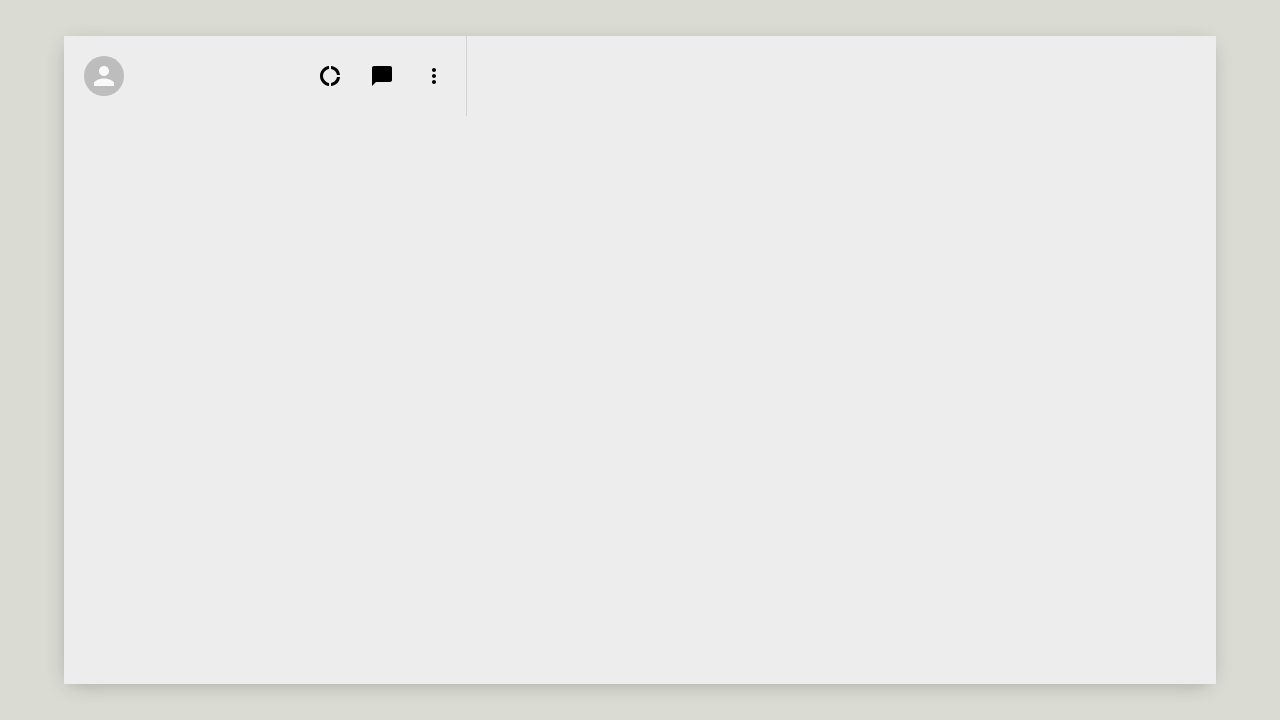
Repository: Prafullkuma/whatsappclon
Page: /
These files come from the project's save history. The page is drawn as it stood at one moment and after the next save; the edit follows.
The browser window is 1280 px wide. The pictures show the whole page.
The project was rebuilt for these pictures with package versions that can differ from the ones it lists, and the page was loaded fresh each time.

Above is the page before, as saved 2020-08-19 11:51:19.

### src/App.js
import React from 'react';
import './App.css';
import Sidebar from './Component/Sidebar'
function App() {
  return (
    <div className="app">
      <div className="app__body">
        <Sidebar />
      </div>
    </div>
  );
}

export default App;

### src/App.css
.app{
  background-color: #dadbd3;
  height: 100vh;
  display: grid;
  place-items: center;
}
.app__body{
  display: flex;
  height: 90vh;
  width: 90vw;
  background-color: #ededed;
  box-shadow: -1px 4px 20px -6px rgba(0, 0, 0, 0.3);
}

### src/Component/Sidebar.js
import React from 'react'
import { Avatar } from '@material-ui/core';
import DonutLargeIcon from '@material-ui/icons/DonutLarge';
import ChatBubbleIcon from '@material-ui/icons/ChatBubble';
import MoreVertIcon from '@material-ui/icons/MoreVert';
import './Sidebar.css'
function Slidebar() {
    return (
        <div className="sidebar">
            <div className="sidebar_header">
                <Avatar />
                <div className="sidebar_header_right">
                    <DonutLargeIcon />
                    <ChatBubbleIcon />
                    <MoreVertIcon />
                </div>
            </div>
            <div className="sidebar_search">

            </div>
            <div className="sidebar_chat">

            </div>
        </div >
    )
}

export default Slidebar

### src/Component/Sidebar.css
.sidebar{
    flex: 0.35;
}
.sidebar_header{
    display: flex;
    justify-content: space-between;
    padding: 20px;
    border-right: 1px solid lightgray;
}
.sidebar_header_right{
    display: flex;
    align-items: center;
    justify-content: space-between;
    min-width: 10vw;
}

Loaded but not shown: public/index.html (common file); src/index.js (common file); src/index.css (common file)

After the next save:
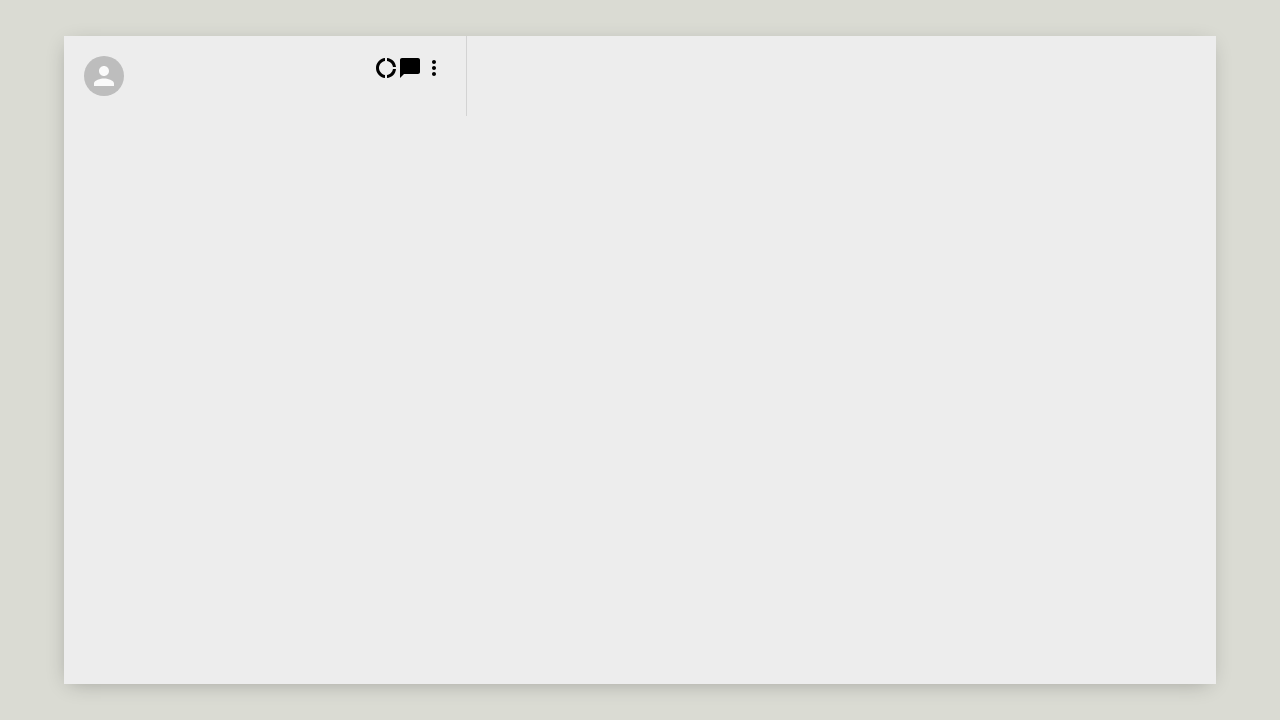
Saved 28 s later.
--- a/src/Component/Sidebar.js
+++ b/src/Component/Sidebar.js
@@ -9,7 +9,7 @@ function Slidebar() {
         <div className="sidebar">
             <div className="sidebar_header">
                 <Avatar />
-                <div className="sidebar_header_right">
+                <div className="sidebar_headerRight">
                     <DonutLargeIcon />
                     <ChatBubbleIcon />
                     <MoreVertIcon />

After the save that followed:
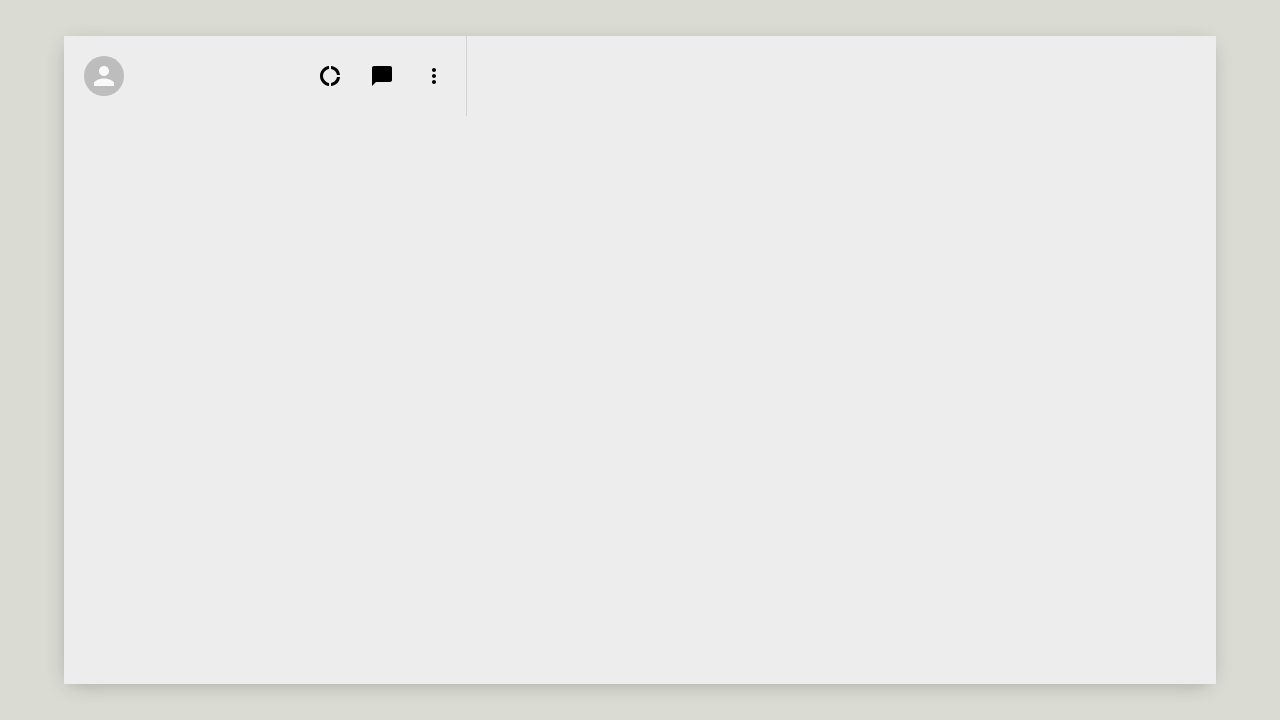
Saved 16 s later.
--- a/src/Component/Sidebar.css
+++ b/src/Component/Sidebar.css
@@ -7,7 +7,7 @@
     padding: 20px;
     border-right: 1px solid lightgray;
 }
-.sidebar_header_right{
+.sidebar_headerRight{
     display: flex;
     align-items: center;
     justify-content: space-between;
